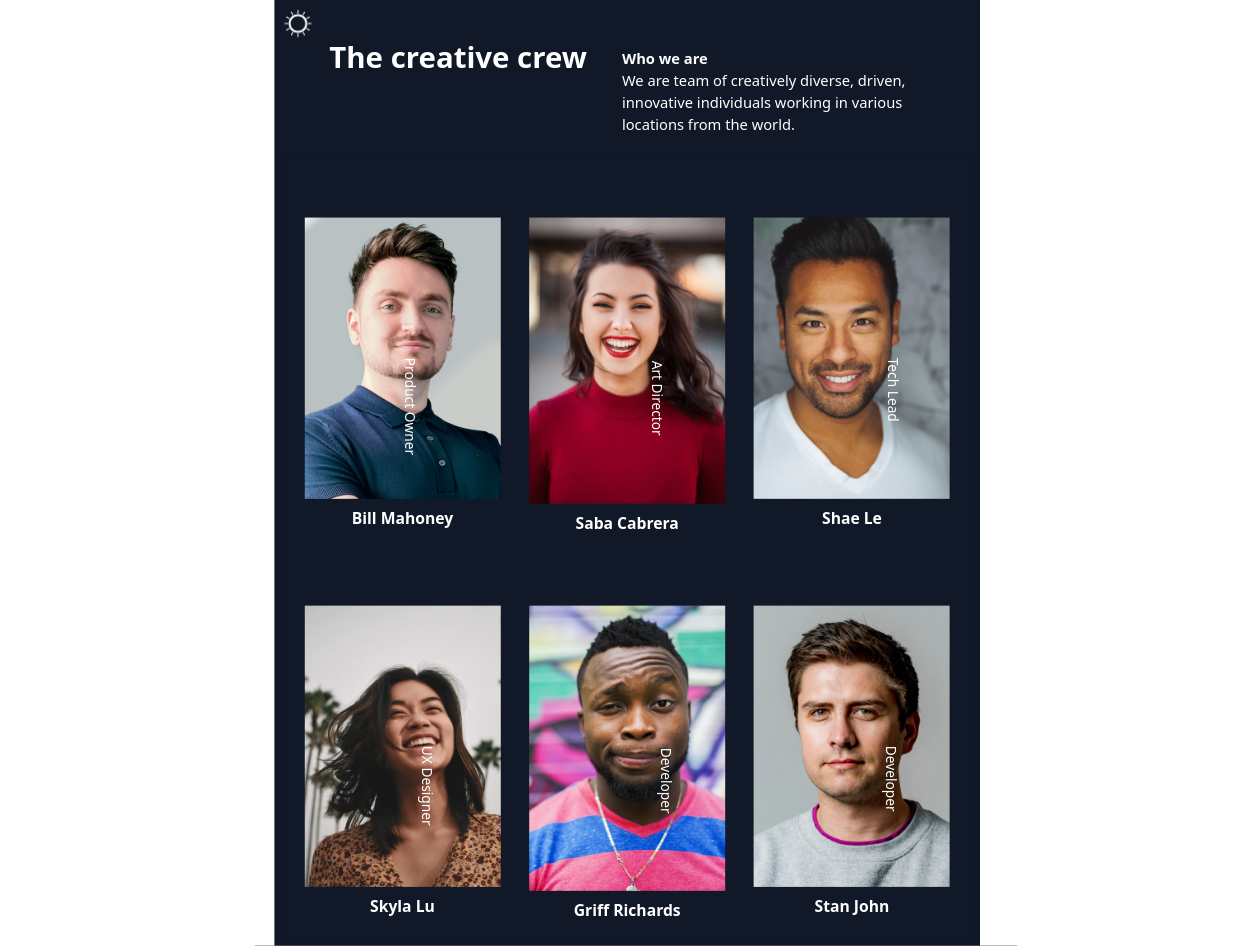
Repository: Alzate1075/Funval-G3-N2
Page: /
These files come from the project's save history. The page is drawn as it stood at one moment and after a run of saves; the edit follows.
The browser window is 1280 px wide. The pictures show the whole page, at 98% of full size.
The project was rebuilt for these pictures with package versions that can differ from the ones it lists, and the page was loaded fresh each time. Also part of the build but not shown: vite.config.js.

Above is the page before, as saved 2025-07-02 23:15:34.

After the next 2 saves:
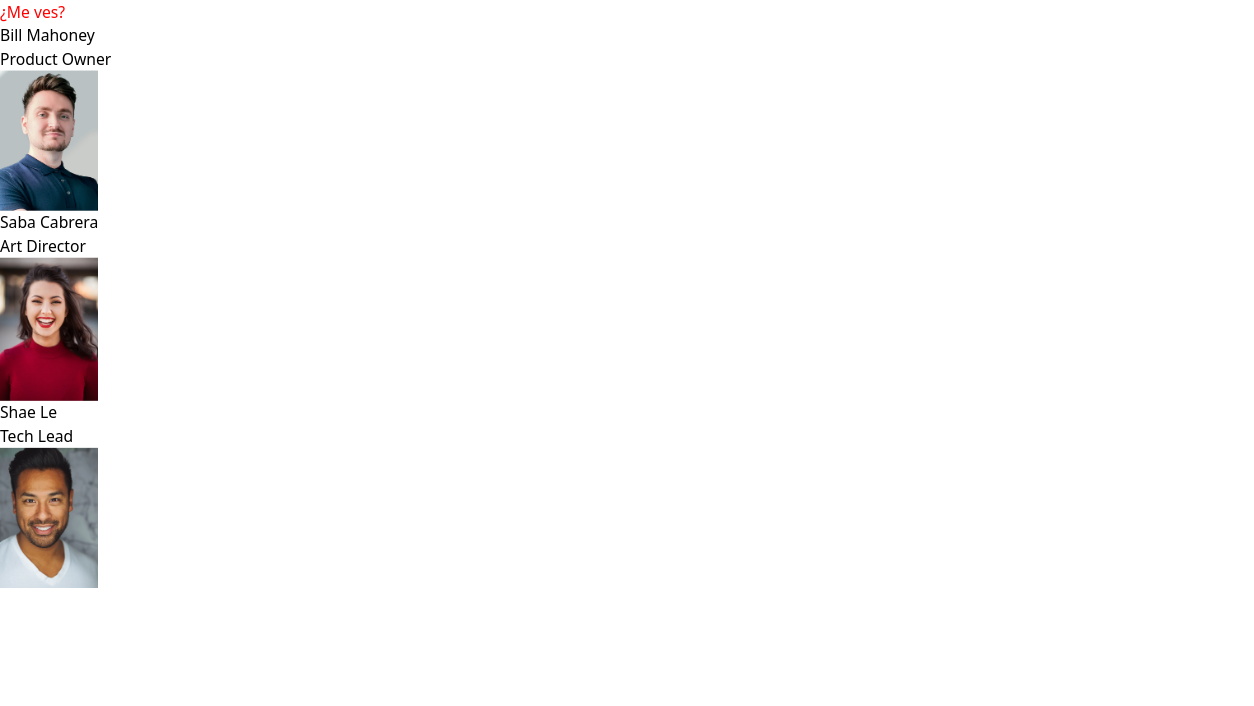
The 2 saves are shown as one change because 1 did not build or start.
The last was saved 74 s later.
--- a/src/App.jsx
+++ b/src/App.jsx
@@ -1,7 +1,7 @@
 import React from "react";
 import { TeamCard } from "./components/TeamCard";
 import miArray from "./components/ArrayTeams";
-
+/*
 function App() {
   return (
     <div className="md:bg-[#111827] p-2 md:mx-70">
@@ -40,4 +40,33 @@
   );
 }
 
+export default App; */
+
+function App() {
+  const miArray = [
+    {
+      name: "Bill Mahoney",
+      role: "Product Owner",
+      image: "/images/photo1.png",
+    },
+    { name: "Saba Cabrera", role: "Art Director", image: "/images/photo2.png" },
+    { name: "Shae Le", role: "Tech Lead", image: "/images/photo3.png" },
+  ];
+
+  return (
+    <div>
+      <h1 style={{ color: "red" }}>¿Me ves?</h1>
+      <div>
+        {miArray.map((persona, index) => (
+          <div key={index}>
+            <h3>{persona.name}</h3>
+            <p>{persona.role}</p>
+            <img src={persona.image} alt={persona.name} width="100" />
+          </div>
+        ))}
+      </div>
+    </div>
+  );
+}
+
 export default App;
